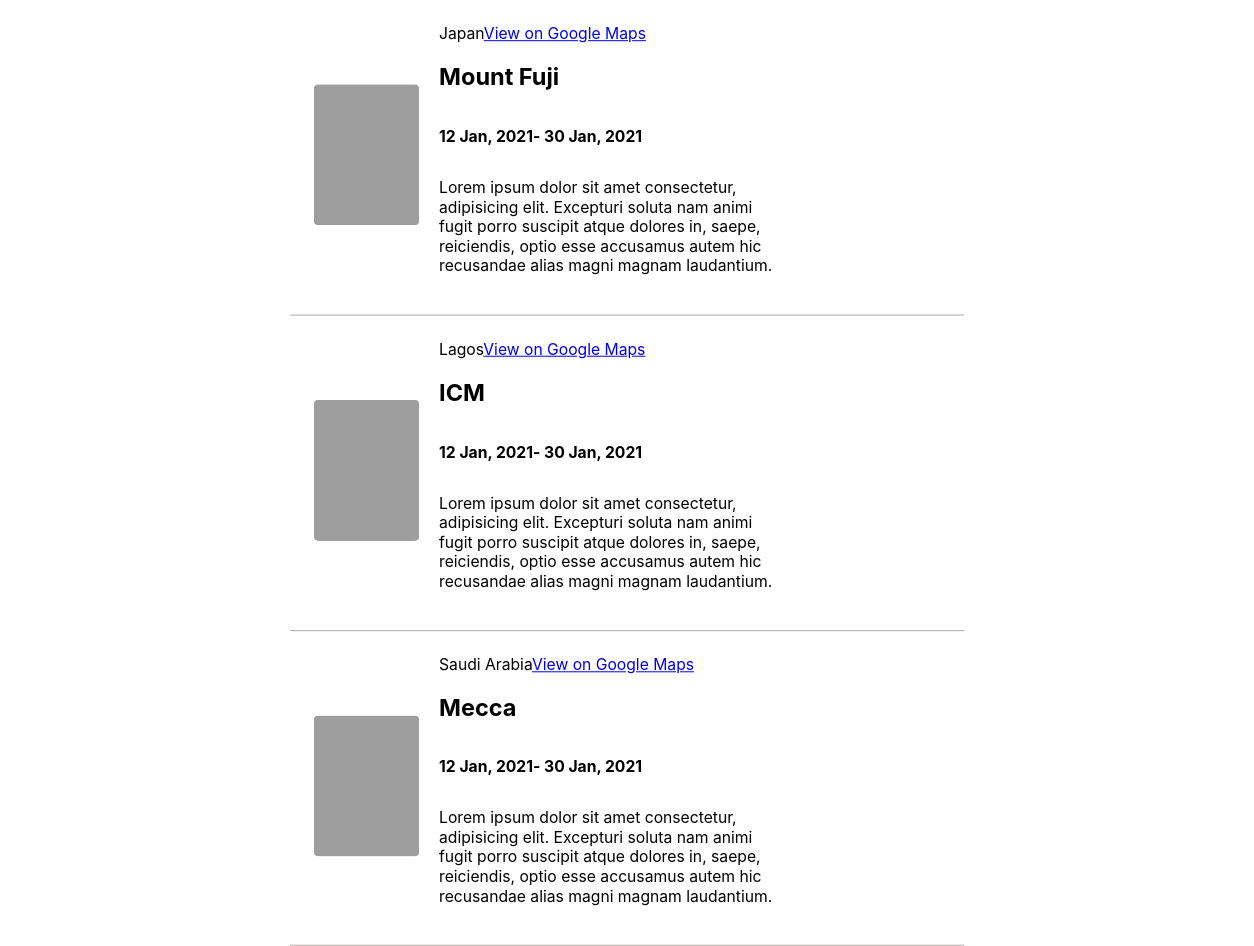
Repository: BuduCE/travel-journal
Page: /
An editor plug-in stored every save of this project. The page is shown before and after a run of saves, followed by the edit.
The browser window is 1280 px wide. The pictures show the whole page, at 98% of full size.
Pictures or frames that could not be fetched are drawn as grey boxes. The project was rebuilt for these pictures with package versions that can differ from the ones it lists, and the page was loaded fresh each time. Also part of the build but not shown: src/components/Home/styles.css, src/components/Home/index.jsx.

Above is the page before, as saved 2022-08-25 12:27:44.

### src/App.js
import './App.css';
import Home from './components/Home';
import Tour from './components/Tour';
import data from './data'

function App() {
  // Mapping through the data file
  const places = data.map(place => {
    return <Tour
              key = {place.id}
              {...place}
            />
  })

  return (
    <div className="App">
      {/* <Home /> */}
      {/* <Tour /> */}
      {places}
    </div>
  );
}

export default App;

### src/components/Tour/index.jsx
import './styles.css'
import camp from './camp.jpg'

const Tour = (props) => {
  return (
    <div className='Tour'>
      {/* Section 1 */}
      <div className="tour-img">
        {/* <img src={camp} alt="" /> */}
        <img src={props.image} alt="" />
      </div>

      {/* Section 2 */}
      <div className="tour-info">
        <div className="tour-loc">
          <img src="" alt="" />
          <span>{props.location}</span>
          <a href={props.googleMapsUrl}>View on Google Maps</a>
        </div>
        <h2>{props.title}</h2>
        <div className="tour-data">
          <p><b>12 Jan, 2021</b></p>
          <p><b>- 30 Jan, 2021</b></p>
        </div>

        <p className='tour-desc'>
          Lorem ipsum dolor sit amet consectetur, adipisicing elit. Excepturi soluta nam animi fugit porro suscipit atque dolores in, saepe, reiciendis, optio esse accusamus autem hic recusandae alias magni magnam laudantium.
        </p>
      </div>

    </div>
  )
}

export default Tour

### src/data.js
export default [
    {
        id: 1,
        title: "Mount Fuji",
        location: "Japan",
        googleMapsUrl: "https://googlemaps",
        startDate: "12 April, 2021",
        endDate: "30 April, 2021",
        image: "https://images.unsplash.com/photo-1657214059212-104dac959c56?ixlib=rb-1.2.1&ixid=MnwxMjA3fDF8MHxzZWFyY2h8MXx8dHJhdmVsfGVufDB8fDB8fA%3D%3D&auto=format&fit=crop&w=500&q=60",
    },
    {
        id: 2,
        title: "ICM",
        location: "Lagos",
        googleMapsUrl: "https://googlemaps",
        startDate: "12 April, 2021",
        endDate: "30 April, 2021",
        image:"https://images.unsplash.com/photo-1527631746610-bca00a040d60?ixlib=rb-1.2.1&ixid=MnwxMjA3fDB8MHxzZWFyY2h8MTJ8fHRyYXZlbHxlbnwwfHwwfHw%3D&auto=format&fit=crop&w=500&q=60",
    },
    {
        id: 3,
        title: "Mecca",
        location: "Saudi Arabia",
        googleMapsUrl: "https://googlemaps",
        startDate: "12 April, 2021",
        endDate: "30 April, 2021",
        image:"https://images.unsplash.com/photo-1528543606781-2f6e6857f318?ixlib=rb-1.2.1&ixid=MnwxMjA3fDB8MHxzZWFyY2h8MTh8fHRyYXZlbHxlbnwwfHwwfHw%3D&auto=format&fit=crop&w=500&q=60",
    },
]

### src/components/Tour/styles.css
.Tour{
    width: 50%;
    margin: auto;
    display: grid;
    grid-template-columns: 1fr 4fr;
    padding: 24px;
    align-items: center;
    border-bottom: 1px solid #b3a7a7;
}
.tour-img{
    margin-right: 20px;
}
.tour-img > img{
    width: 100%;
    height: 20vh;
    border-radius: 5px;
}
.tour-data{
    display: flex;
}
.tour-desc{
    width: 70%;
}

Loaded but not shown: public/index.html (common file); src/index.js (common file); src/index.css (common file); src/reportWebVitals.js (common file); src/App.css (common file)

After the next 2 saves:
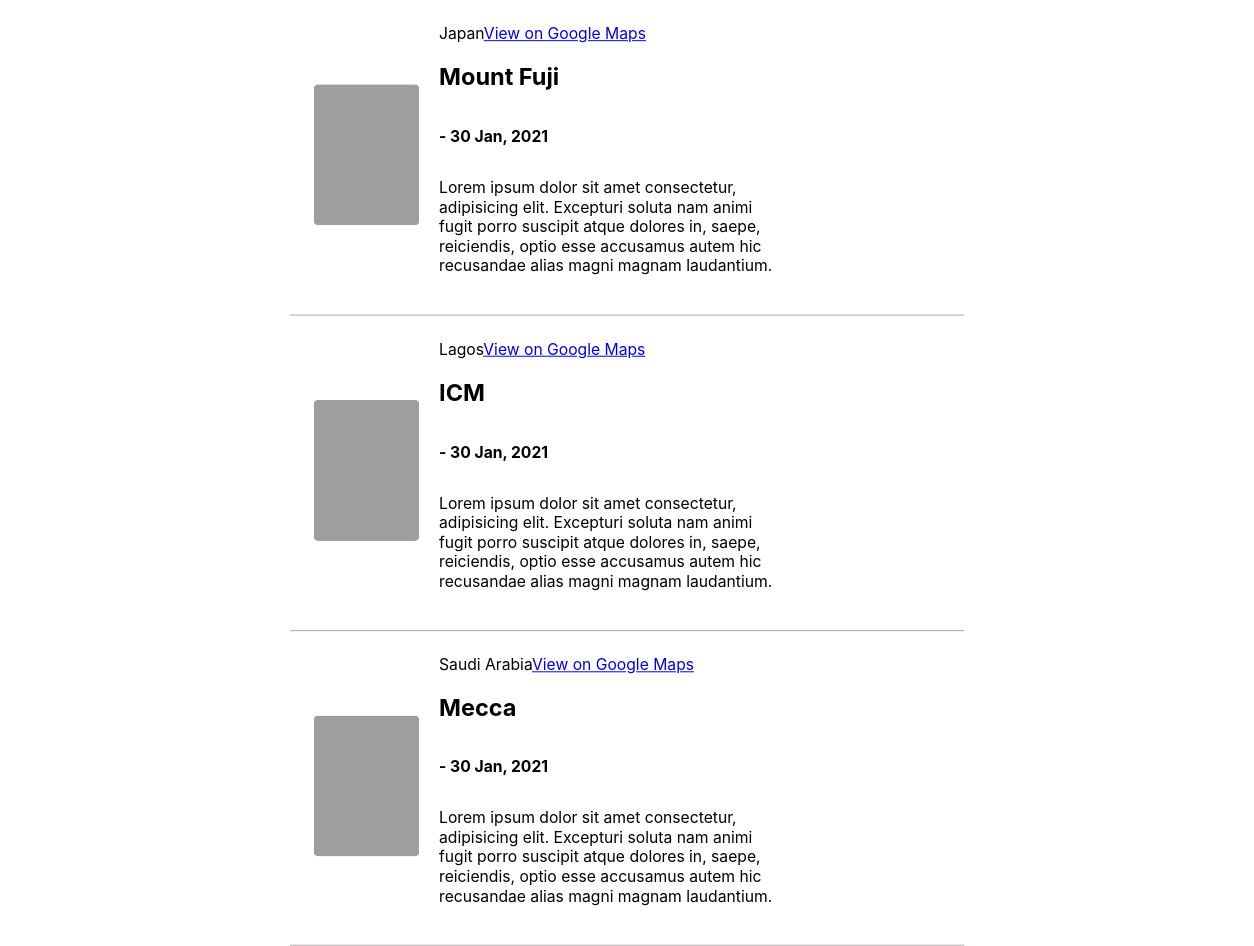
The 2 saves are shown as one change because they came seconds apart.
The last was saved 7 min 19 s later.
--- a/src/components/Tour/index.jsx
+++ b/src/components/Tour/index.jsx
@@ -19,7 +19,7 @@
         </div>
         <h2>{props.title}</h2>
         <div className="tour-data">
-          <p><b>12 Jan, 2021</b></p>
+          <p><b>{}</b></p>
           <p><b>- 30 Jan, 2021</b></p>
         </div>
 
